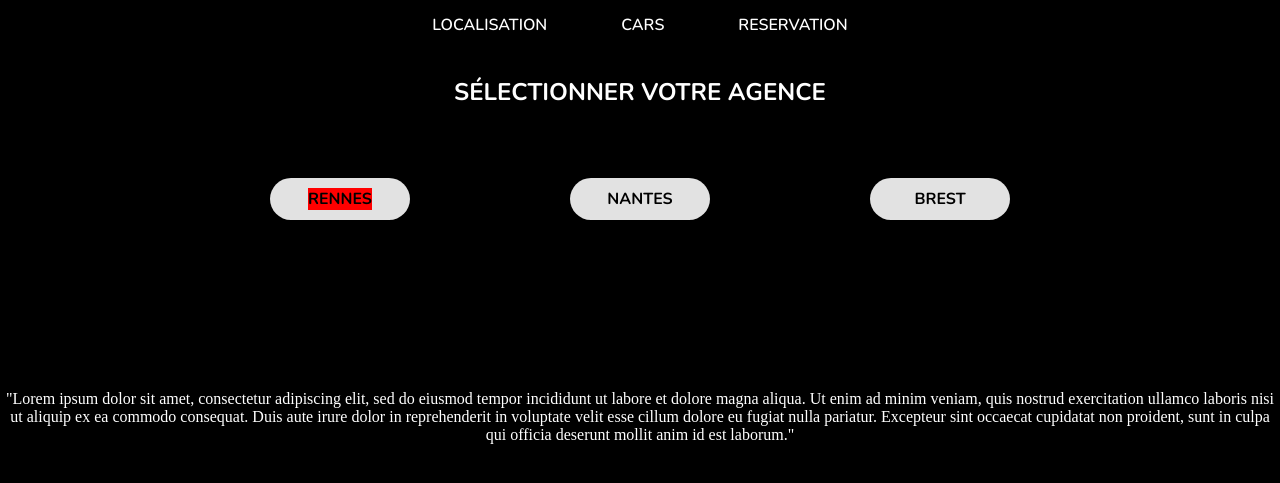
Repository: romgrm/jenaipasdevoiture
Page: src/main/java/fr/romgrm/index.html
An editor plug-in stored every save of this project. The page is shown before and after the next save, followed by the edit.
The browser window is 1280 px wide. The pictures show the whole page.
The pointer rests on the first visible `#LOCALISATION ul li a`.
An inner scrolling area shows only its first screen.

Above is the page before, as saved 2020-10-15 21:26:58.

### src/main/java/fr/romgrm/index.html
<!DOCTYPE html>
<html lang="fr">
    <head>
        <title>JENAIPASDARGENT</title>
        <link rel="stylesheet" href="style.css" type="text/css"/>
        <link href="https://fonts.googleapis.com/css2?family=Nunito:ital,wght@0,600;0,700;0,800;1,200;1,300&display=swap" rel="stylesheet">
    </head>
    <body>

        <div class="container">

            <nav class="navbar">
                <ul>
                    <li><a href="#LOCALISATION">LOCALISATION</a></li>
                    <li><a href="#SELECTCAR">CARS</a></li>
                    <li><a href="#RECAPITULATE">RESERVATION</a></li>
                </ul>
            </nav>


            <Section id="LOCALISATION">
                 <h2>SÉLECTIONNER VOTRE AGENCE</h2>
                 <ul>
                     <li class="agence"><a>RENNES</a></li>
                     <li class="agence"><a>NANTES</a></li>
                     <li class="agence"><a>BREST</a></li>
                 </ul>
                 <p>"Lorem ipsum dolor sit amet, consectetur adipiscing elit, sed do eiusmod tempor incididunt ut labore et dolore magna aliqua. Ut enim ad minim veniam, quis nostrud exercitation ullamco laboris nisi ut aliquip ex ea commodo consequat. Duis aute irure dolor in reprehenderit in voluptate velit esse cillum dolore eu fugiat nulla pariatur. Excepteur sint occaecat cupidatat non proident, sunt in culpa qui officia deserunt mollit anim id est laborum."</p>
            </Section>




            <Section id="SELECTCAR">
                <h2>CARS</h2>
                <p>"Lorem ipsum dolor sit amet, consectetur adipiscing elit, sed do eiusmod tempor incididunt ut labore et dolore magna aliqua. Ut enim ad minim veniam, quis nostrud exercitation ullamco laboris nisi ut aliquip ex ea commodo consequat. Duis aute irure dolor in reprehenderit in voluptate velit esse cillum dolore eu fugiat nulla pariatur. Excepteur sint occaecat cupidatat non proident, sunt in culpa qui officia deserunt mollit anim id est laborum."</p>
            </Section>




            <Section id="RECAPITULATE">
                <h2>SHOP</h2>
                <p>"Lorem ipsum dolor sit amet, consectetur adipiscing elit, sed do eiusmod tempor incididunt ut labore et dolore magna aliqua. Ut enim ad minim veniam, quis nostrud exercitation ullamco laboris nisi ut aliquip ex ea commodo consequat. Duis aute irure dolor in reprehenderit in voluptate velit esse cillum dolore eu fugiat nulla pariatur. Excepteur sint occaecat cupidatat non proident, sunt in culpa qui officia deserunt mollit anim id est laborum."</p>
            </Section>



        </div>
    </body>
</html>

### src/main/java/fr/romgrm/style.css
*{
    margin: 0;
    padding: 0;
}


body{
  color: white;
  /* desactiver le scroll dans le body (pas oublier
  de lui donner une taille sinon ça marche pas*/
  height: 100vh;
  overflow: hidden;

}

.container{
    height: 100%;
    width: 100%;
    /*SCROLL SMOOTH*/
    overflow-y: scroll;
    scroll-behavior: smooth;
    scroll-snap-type: y mandatory;
}

.navbar{
   /* background-color: rgba(0, 0, 0, 0.5); */
    position: fixed;
    top: 0;
    z-index: 1;
    display: flex;
    width: 100%;
    height: 50px;
    font-family: 'Nunito', sans-serif;
    font-weight: 900 bold ;
}

.navbar ul{
    display: flex;
    list-style-type: none;
    width: 100%;
    justify-content: center;
    align-items: center;
    gap: 10px;
}

.navbar ul li{
    margin: 0 1rem;
    padding: 1rem;

}

.navbar ul li a{
    color: white;
    text-decoration: none;
    transition: all .5s;
    -moz-transition: all .5s;
    -webkit-transition: all .5s;
    -o-transition: all .5s;
    -ms-transition: all .5s;

}

.navbar ul li a:hover{
    transform : scale(5);
 -moz-transform : scale(1.25);
 -webkit-transform : scale(1.25);
 -o-transform : scale(1.25);
 -ms-transform : scale(1.25);
    /*color: rgb(105, 105, 105); */
}




Section{
    display: flex;
    flex-direction: column;
    width: 100%;
    height: 100vh; /* vh = Viewport Height : permet de dimensioner par rapport à la taille de l'écran*/
    text-align: center;
    justify-content: center;
    align-items: center;
    /*SCROLL SNAP ALIGN*/
    scroll-snap-align: center;

}


/*////////////////////////////////////////////////////////////////////////////////////////////////////////////*/



#LOCALISATION{
    background-color: black;
    margin: 0;
    padding: 0;
    /*background: url('https://source.unsplash.com/K2tdx2mFDHc/1600x900') no-repeat center center/cover;;*/
}

#LOCALISATION h2{
    position: relative;
    bottom: 200px;
    font-family: 'Nunito', sans-serif;
    font-weight: 800 bold ;

}

#LOCALISATION ul{
    position: relative;
    bottom: 150px;
    display: flex;
    width: 100%;
    align-items: center;
    justify-content: center;
}

#LOCALISATION ul li{
    margin: 20px 80px 20px 80px;
    list-style-type: none;

}

#LOCALISATION ul li a{
    font-family: 'Nunito', sans-serif;
    font-weight: 700;
    color: black;
}

 #LOCALISATION ul li a:hover{
    background-color: red;
}

.agence{
    background-color: rgb(226, 226, 226);
    padding: 10px 20px;
    width: 100px;
    border-radius: 50px;
    text-align: center;
    align-items: center;
    justify-content: center;

}

#LOCALISATION p{

}


/*////////////////////////////////////////////////////////////////////////////////////////////////////////////*/



#SELECTCAR{
    background-color: red;
}

#SELECTCAR h2{

}

#SELECTCAR p{

}


/*////////////////////////////////////////////////////////////////////////////////////////////////////////////*/


#RECAPITULATE{
    background-color: blue;
}

#RECAPITULATE h2{

}

#RECAPITULATE p{

}

After the next save:
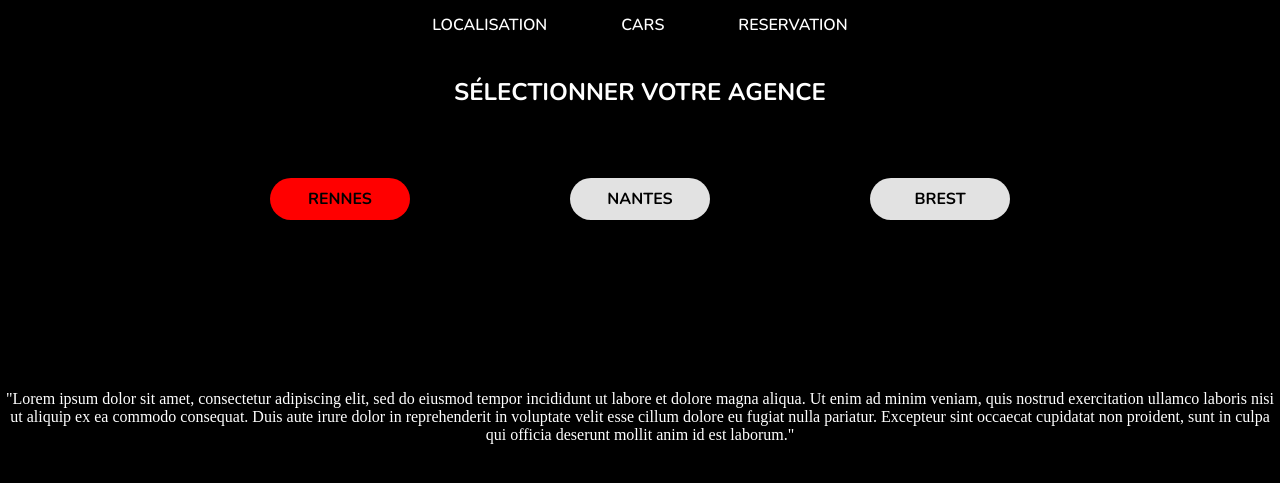
Saved 17 s later.
--- a/src/main/java/fr/romgrm/style.css
+++ b/src/main/java/fr/romgrm/style.css
@@ -126,7 +126,7 @@ Section{
     color: black;
 }
 
- #LOCALISATION ul li a:hover{
+ .agence:hover{
     background-color: red;
 }
 
